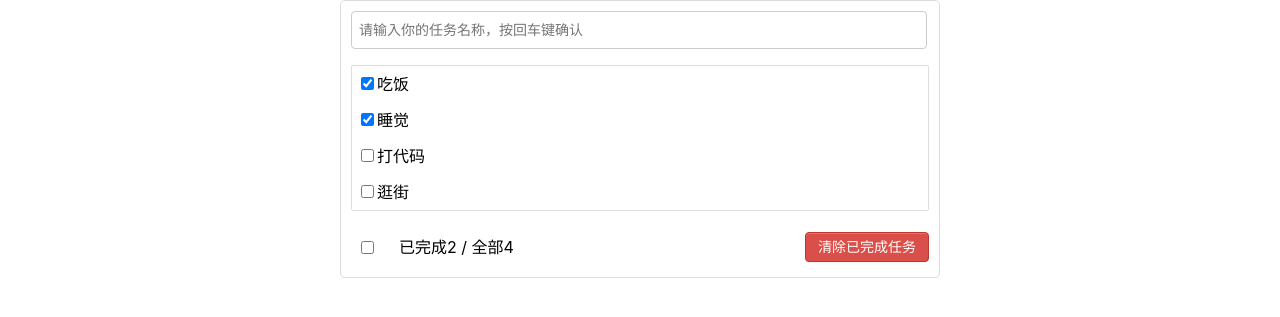
Repository: 0118Inory/react_bases
Page: /
The author's editor kept a copy of each file at every save. The page is drawn from the files as they stood at one save, then again after the next save.
The browser window is 1280 px wide. The pictures show the whole page.
The project was rebuilt for these pictures with package versions that can differ from the ones it lists, and the page was loaded fresh each time.

Above is the page before, as saved 2022-03-01 15:30:23.

After the next save:
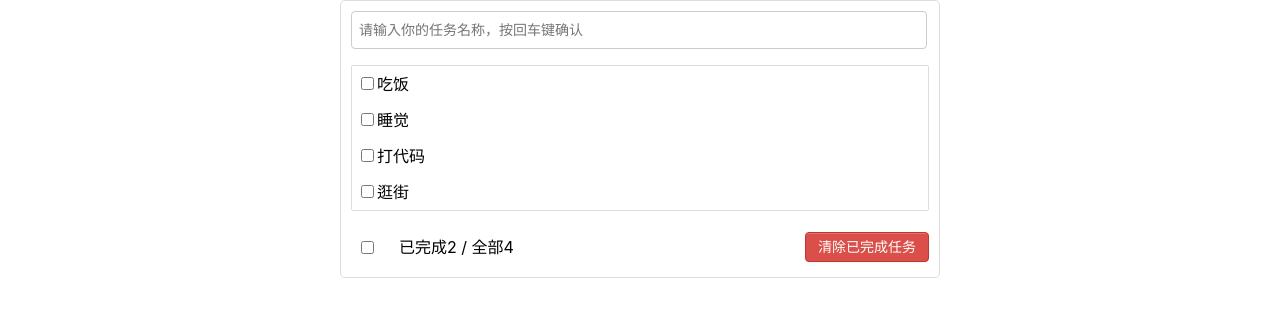
Saved 72 s later.
--- a/src/components/Item/index.jsx
+++ b/src/components/Item/index.jsx
@@ -44,7 +44,7 @@
       <div>
         <li style={{backgroundColor:mouse ?'#ddd':'white'}} onMouseLeave={this.handleMouse(false)} onMouseEnter={this.handleMouse(true)}>
           <label>
-            <input type="checkbox" defaultChecked={done} onChange={this.handleCheck(id)}/>
+            <input type="checkbox" Checked={done} onChange={this.handleCheck(id)}/>
             <span>{name}</span>
           </label>
           <button onClick={()=>this.handleDelete(id)} className="btn btn-danger" style={{ display: mouse ?'block':'none' }}>

After the save that followed:
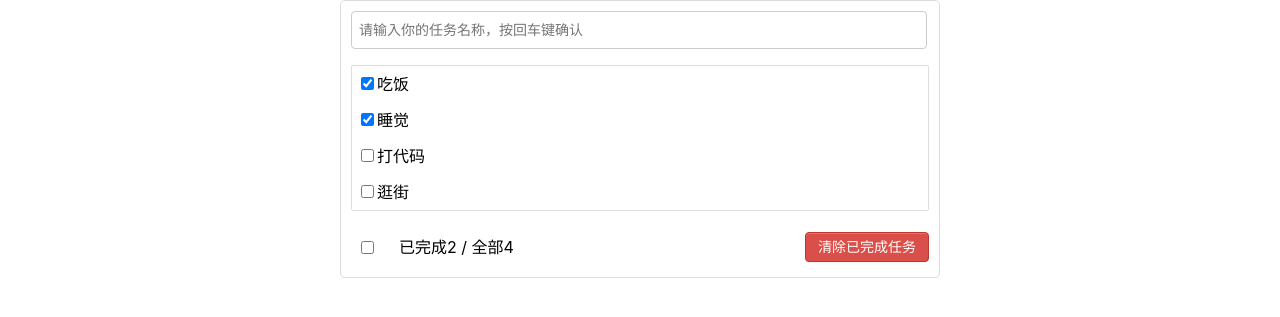
Saved 7 s later.
--- a/src/components/Item/index.jsx
+++ b/src/components/Item/index.jsx
@@ -44,7 +44,7 @@
       <div>
         <li style={{backgroundColor:mouse ?'#ddd':'white'}} onMouseLeave={this.handleMouse(false)} onMouseEnter={this.handleMouse(true)}>
           <label>
-            <input type="checkbox" Checked={done} onChange={this.handleCheck(id)}/>
+            <input type="checkbox" checked={done} onChange={this.handleCheck(id)}/>
             <span>{name}</span>
           </label>
           <button onClick={()=>this.handleDelete(id)} className="btn btn-danger" style={{ display: mouse ?'block':'none' }}>
